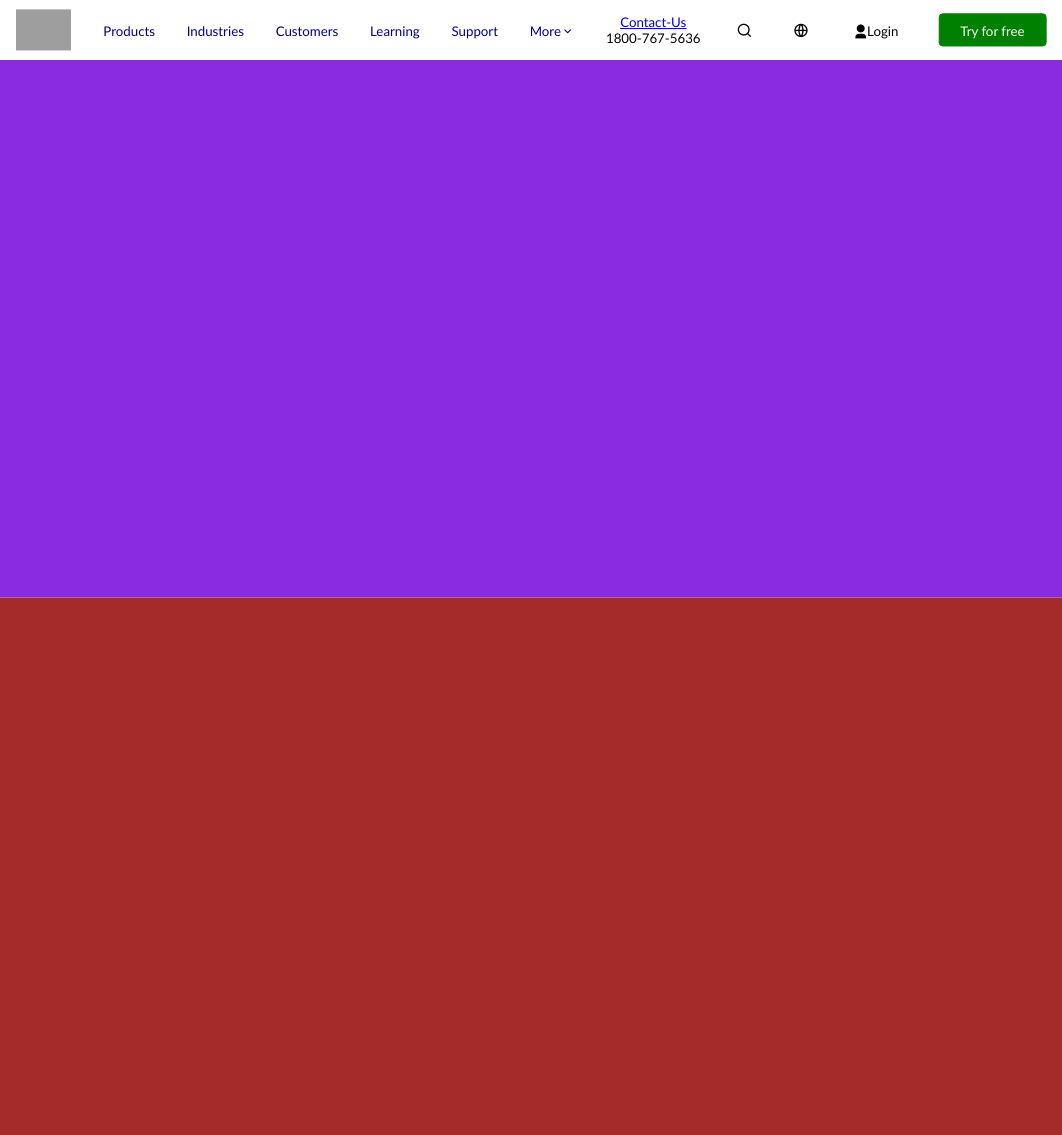
Repository: Chiranshukapil/html_css
Page: salesforce/index.html
An editor plug-in stored every save of this project. The page is shown before and after a run of saves, followed by the edit.
The browser window is 1280 px wide. The pictures show the whole page, at 83% of full size.
Pictures or frames that could not be fetched are drawn as grey boxes.

Above is the page before, as saved 2024-06-10 00:51:15.

### salesforce/index.html
<!DOCTYPE html>
<html lang="en">
    <head>
        <meta charset="UTF-8">
        <meta name="viewport" content="width=device-width, initial-scale=1.0">
        <title>Salesforce</title>
        <link rel="stylesheet" href="style.css">
        <link href="https://cdn.jsdelivr.net/npm/remixicon@4.2.0/fonts/remixicon.css" rel="stylesheet" />
    </head>
    <body>
        <div id="main">
            <div id="header">
                <div id="logo">
                    <img src="https://a.sfdcstatic.com/shared/images/c360-nav/salesforce-with-type-logo.svg" >
                </div>
                <div class="texts"><p>Products</p></div>
                <div class="texts"><p>Industries</p></div>
                <div class="texts"><p>Customers</p></div>
                <div class="texts"><p>Learning</p></div>
                <div class="texts"><p>Support</p></div>
                <div class="texts">
                    <p>More</p>
                    <p><i class="ri-arrow-down-s-line"></i></p>
                </div>
                <div id="contact">
                    <a  href="https://www.google.com/"><u>Contact-Us</u></a>
                    <p>1800-767-5636</p>
                </div>
                <div id="icon1" class="icon"><i class="ri-search-line"></i></div>
                <div class="icon"><i class="ri-global-line"></i></div>
                <div id="login">
                    <p style="transform: scale(1.2);"><i class="ri-user-3-fill"></i></p>
                    <p>Login</p>
                </div>
                <div id="try">Try for free</div>
            </div>
            <div id="fakeheader"></div>
            <div id="page1"></div>
            <div id="page2"></div>
        </div>
    </body>
</html>

### salesforce/style.css
*{
    margin: 0%;
    padding: 0%;
    box-sizing: border-box;
    font-family: 'Gill Sans MT';
}

html,body{
    height: 100%;
    width: 100%;

}

#main{
    height: 100%;
    width: 100%;

}

#header{
    height: 10%;
    width: 100%;
    position: fixed;
    display: flex;
    align-items: center;
    justify-content: space-around;
    background-color: white;
    /* font-size: large; */
}

#logo{
    height: 70%;
}

#logo img{
    width: 100%;
    height: 100%;
}

#contact{
    text-align: center;

}

.icon{
    width: 30px;
    height: 30px;
    display: flex;
    align-items: center;
    justify-content: center;
    transform: scale(1.2);
}

.icon:hover{
    /* border: 1px solid rgb(226, 255, 255); */
    border-radius: 50%;
    background-color: rgb(226, 255, 255);
}

#login{
    /* height: 30px;
    width: 70px; */
    padding: 10px;
    display: flex;
    align-items: center;
    justify-content: center;
}

#login:hover{
    /* border: 1px solid rgb(226, 255, 255); */
    background-color: rgb(226, 255, 255);
    border-radius: 30px;
}

#try{
    width: 130px;
    height: 40px ;
    color: white;
    display: flex;
    align-items: center;
    justify-content: center;
    background-color: green;
    border: 1px solid green;
    border-radius: 5px;
}

.texts{
    color: rgb(0, 0, 147);
    display: flex;
}

.texts:hover{
    color: rgb(113, 113, 243);
}

#fakeheader{
    height: 10%;
    width: 100%;
}

#page1{
    height: 90%;
    width: 100%;
    background-color: blueviolet;
}
#page2{
    height: 90%;
    width: 100%;
    background-color: brown;
}

After the next 2 saves:
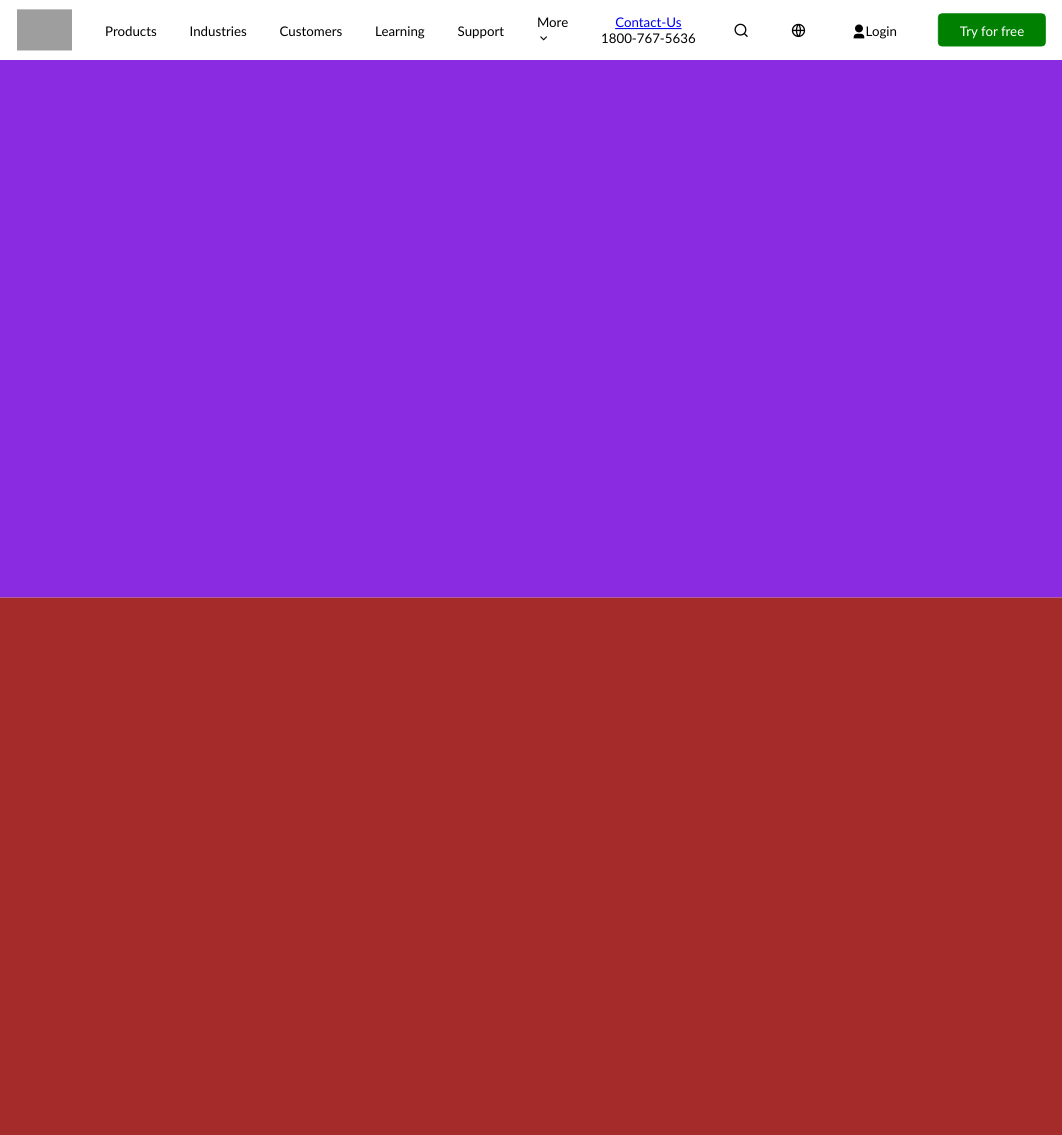
The 2 saves are shown as one change because they came seconds apart.
The last was saved 2 min 51 s later.
--- a/salesforce/style.css
+++ b/salesforce/style.css
@@ -84,6 +84,8 @@
     border-radius: 5px;
 }
 
+#try
+
 .texts{
     color: rgb(0, 0, 147);
     display: flex;

After the 2 saves that followed:
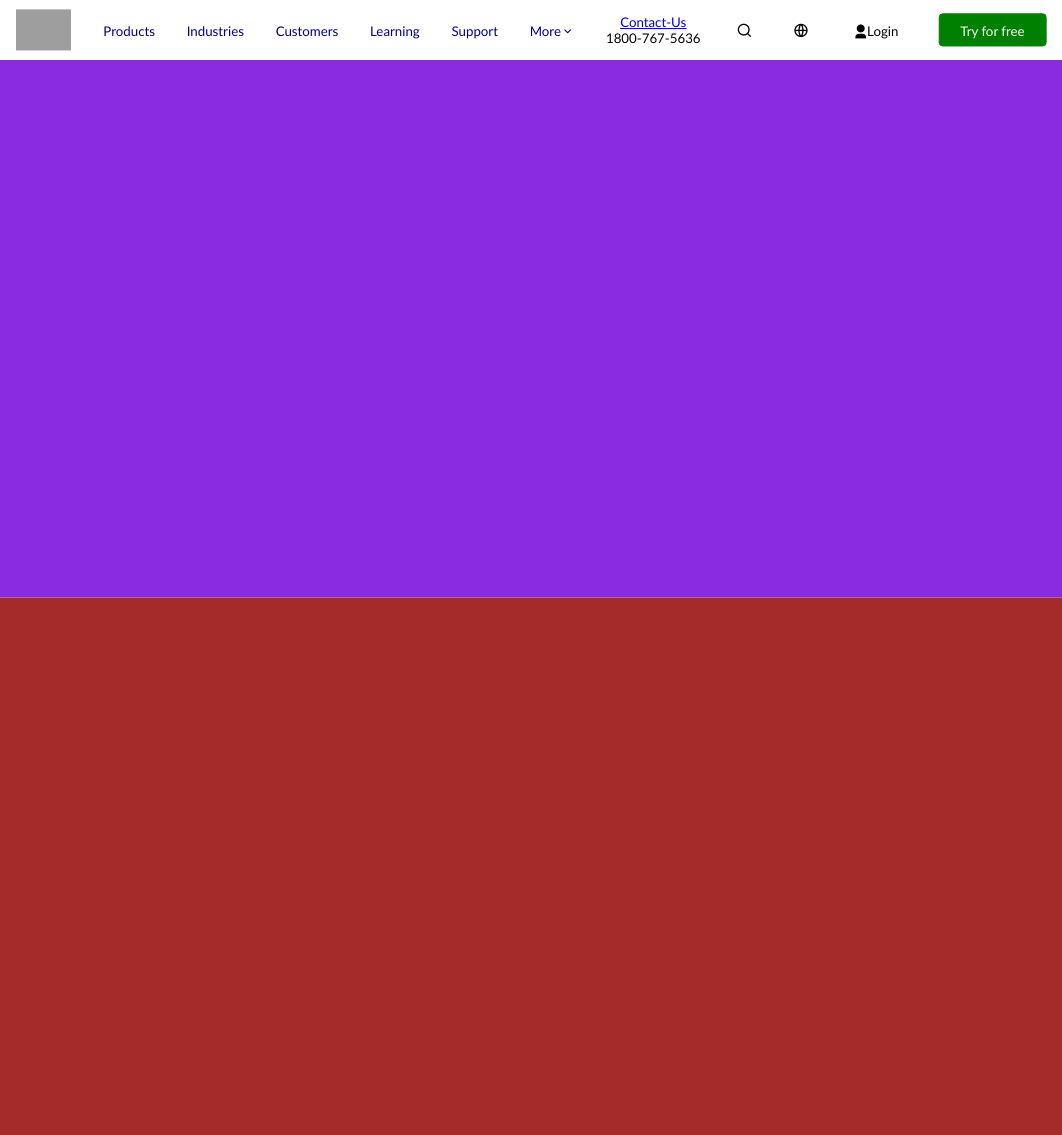
The 2 saves are shown as one change because they came seconds apart.
The last was saved 6 s later.
--- a/salesforce/style.css
+++ b/salesforce/style.css
@@ -84,7 +84,9 @@
     border-radius: 5px;
 }
 
-#try
+#try:hover{
+
+}
 
 .texts{
     color: rgb(0, 0, 147);
